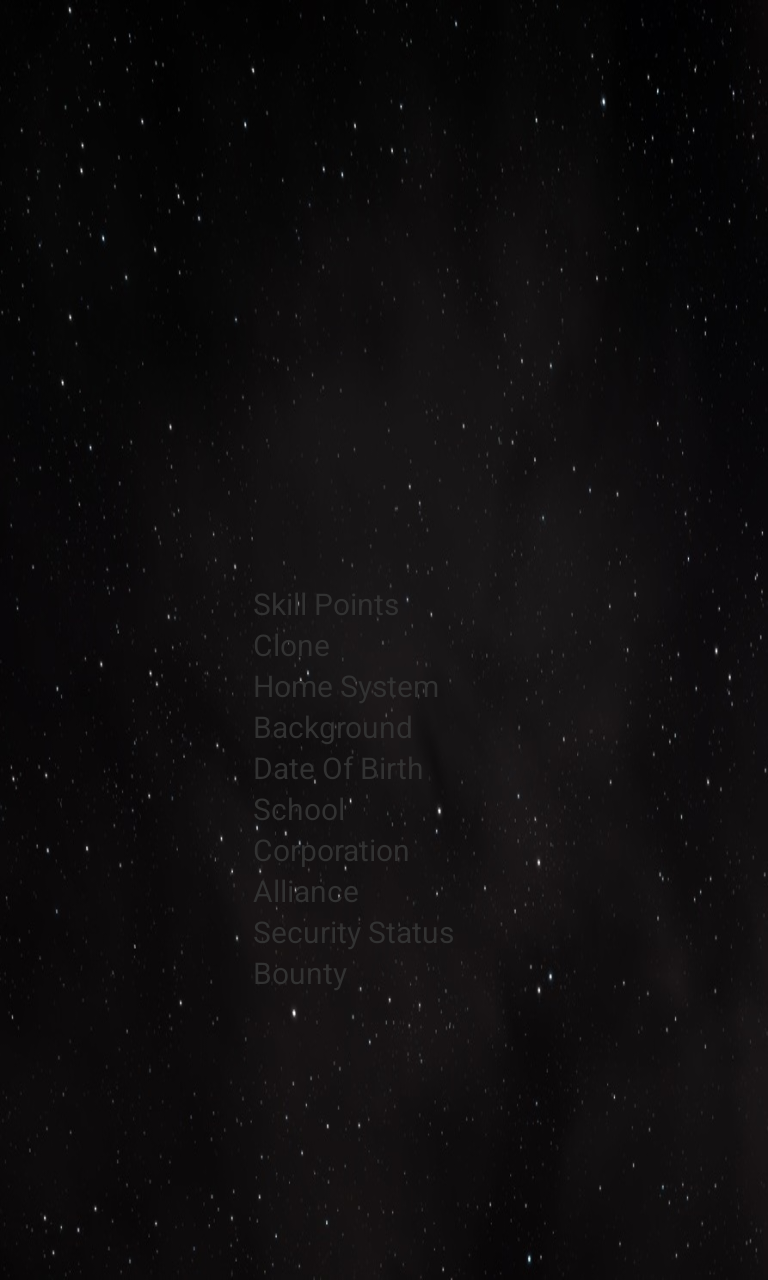
Repository: w9jds/Android-EveProfiler
Layout: EveProfiler/res/layout/fragment_main_dummy.xml
The author's editor kept a copy of each file at every save. The layout is drawn from the files as they stood at one save, then again after the next save.
It is drawn on a 768 x 1280 px phone screen (xhdpi) without system bars, with theme AppTheme; the app's code is not run.

Above is the layout before, as saved 2013-05-13 01:34:30.

### EveProfiler/res/layout/fragment_main_dummy.xml
<RelativeLayout xmlns:android="http://schemas.android.com/apk/res/android"
    xmlns:tools="http://schemas.android.com/tools"
    android:layout_width="match_parent"
    android:layout_height="match_parent"
    android:paddingBottom="@dimen/activity_vertical_margin"
    android:paddingLeft="@dimen/activity_horizontal_margin"
    android:paddingRight="@dimen/activity_horizontal_margin"
    android:paddingTop="@dimen/activity_vertical_margin"
    tools:context=".MainActivity$DummySectionFragment"
    android:background="@drawable/backgroundtoon">

    <GridLayout
        android:id="@+id/MainGrid"
        android:layout_width="fill_parent"
        android:layout_height="fill_parent"
        android:layout_centerVertical="true"
        android:columnCount="2"
        android:rowCount="2"
        tools:targetApi="14"
        android:orientation="vertical">

        <ImageView
            android:id="@+id/CapsuleerPortrait"
            android:layout_width="128dp"
            android:layout_height="128dp"
            android:layout_columnSpan="2"
            android:layout_gravity="center"
            android:layout_marginBottom="10dp"
            android:layout_marginTop="10dp"
            android:layout_row="0" />

		<GridLayout
		    android:id="@+id/StatsGrid"
		    android:layout_row="1"
		    android:layout_columnSpan="2"
		    android:columnCount="2"
		    android:rowCount="12"
		    tools:targetApi="14"
		    android:layout_gravity="center">

			<TextView
	            android:id="@+id/SkillPointsLabel"
	            android:layout_gravity="left"
	            android:layout_row="0"
	            android:layout_column="0"
	            android:textSize="15sp"
	            android:text="@string/SkillPointsString"/>

			<TextView
			    android:id="@+id/CloneLabel"
			    android:layout_gravity="left"
			    android:layout_row="1"
			    android:layout_column="0"
			    android:textSize="15sp"
			    android:text="@string/CloneString"/>

			<TextView
			    android:id="@+id/HomeSystemLabel"
			    android:layout_gravity="left"
			    android:layout_row="2"
			    android:layout_column="0"
			    android:textSize="15sp"
			    android:text="@string/HomeSystemString"/>

			<TextView
			    android:id="@+id/BackgroundLabel"
			    android:layout_gravity="left"
			    android:layout_row="3"
			    android:layout_column="0"
	        	android:textSize="15sp"
	        	android:text="@string/BackgroundString"/>

			<TextView
			    android:id="@+id/DateOBirthLabel"
			    android:layout_gravity="left"
			    android:layout_row="4"
			    android:layout_column="0"
			    android:textSize="15sp"
			    android:text="@string/DateOBirthString"/>

			<TextView
			    android:id="@+id/SchoolLabel"
			    android:layout_gravity="left"
			    android:layout_row="5"
			    android:layout_column="0"
			    android:textSize="15sp"
			    android:text="@string/SchoolString"/>

			<TextView
			    android:id="@+id/CorporationLabel"
	        	android:layout_gravity="left"
	        	android:layout_row="6"
	        	android:layout_column="0"
	        	android:textSize="15sp"
	        	android:text="@string/CorporationString"/>

			<TextView
			    android:id="@+id/AllianceLabel"
			    android:layout_gravity="left"
			    android:layout_row="7"
			    android:layout_column="0"
			    android:textSize="15sp"
			    android:text="@string/AllianceString"/>

			<TextView
			    android:id="@+id/SecurityStatusLabel"
			    android:layout_column="0"
			    android:layout_gravity="left"
			    android:layout_marginRight="15dp"
			    android:layout_row="8"
			    android:text="@string/SecurityStatusString"
			    android:textSize="15sp" />

			<TextView
			    android:id="@+id/BountyLabel"
			    android:layout_gravity="left"
			    android:layout_row="9"
			    android:layout_column="0"
			    android:textSize="15sp"
			    android:text="@string/BountyString"/>

			<TextView
	            android:id="@+id/SkillPoints"
	            android:layout_gravity="left"
	            android:layout_row="0"
	            android:layout_column="1"
	            android:textSize="15sp"/>

			<TextView
			    android:id="@+id/Clone"
			    android:layout_gravity="left"
			    android:layout_row="1"
			    android:layout_column="1"
			    android:textSize="15sp"/>

			<TextView
			    android:id="@+id/HomeSystem"
			    android:layout_gravity="left"
			    android:layout_row="2"
			    android:layout_column="1"
			    android:textSize="15sp"/>

			<TextView
			    android:id="@+id/Background"
			    android:layout_gravity="left"
			    android:layout_row="3"
			    android:layout_column="1"
	        	android:textSize="15sp"/>

			<TextView
			    android:id="@+id/DateOBirth"
			    android:layout_gravity="left"
			    android:layout_row="4"
			    android:layout_column="1"
			    android:textSize="15sp"/>

			<TextView
			    android:id="@+id/School"
			    android:layout_gravity="left"
			    android:layout_row="5"
			    android:layout_column="1"
			    android:textSize="15sp"/>

			<TextView
			    android:id="@+id/Corporation"
	        	android:layout_gravity="left"
	        	android:layout_row="6"
	        	android:layout_column="1"
	        	android:textSize="15sp"/>

			<TextView
			    android:id="@+id/Alliance"
			    android:layout_gravity="left"
			    android:layout_row="7"
			    android:layout_column="1"
			    android:textSize="15sp"/>

			<TextView
			    android:id="@+id/SecurityStatus"
			    android:layout_column="1"
			    android:layout_gravity="left"
			    android:layout_marginRight="15dp"
			    android:layout_row="8"
			    android:textSize="15sp" />

			<TextView
			    android:id="@+id/Bounty"
			    android:layout_gravity="left"
			    android:layout_row="9"
			    android:layout_column="1"
			    android:textSize="15sp"/>



		</GridLayout>
    </GridLayout>
</RelativeLayout>

### EveProfiler/res/values/strings.xml
<?xml version="1.0" encoding="utf-8"?>
<resources>

    <string name="title_activity_settings">Settings</string>
    <string name="pref_header_general">General</string>
    <string name="pref_title_keyid">Key ID</string>
    <string name="pref_keyid">1996957</string>
    <string name="pref_title_vCode">Verification Code</string>
    <string name="pref_vCode">I6YLp1vVB0KYAir2B3Z4mDIPtZrFHlpeysYYSaxGkjV4rO820NpTOBustmNsoEA4</string>
    <string name="pref_title_drawerSize">Use Small Drawer</string>

    <string name="app_name">Top Hat</string>
    <string name="action_settings">Settings</string>

    <string name="Api_Uri">https://api.eveonline.com</string>
    <string name="Account_Status">/account/AccountStatus.xml.aspx</string>
    <string name="API_Key_Info">/account/APIKeyInfo.xml.aspx</string>
    <string name="List_Characters">/account/Characters.xml.aspx</string>
    <string name="Account_Balance">/char/AccountBalance.xml.aspx</string>
    <string name="Asset_List">/char/AssetList.xml.aspx</string>
    <string name="Cal_Event_Attendees">/char/CalendarEventAttendees.xml.aspx</string>
    <string name="Character_Sheet">/char/CharacterSheet.xml.aspx</string>
    <string name="Contact_List">/char/ContactList.xml.aspx</string>
    <string name="Contact_Notif">/char/ContactNotifications.xml.aspx</string>
    <string name="Contacts">/char/Contracts.xml.aspx</string>
    <string name="ContractItems">/char/ContractItems.xml.aspx</string>
    <string name="ContractBids">/char/ContractBids.xml.aspx</string>
    <string name="Factional_Warfare_Stats">/char/FacWarStats.xml.aspx</string>
    <string name="Industry_Jobs">/char/IndustryJobs.xml.aspx</string>
    <string name="KillMails">/char/Killlog.xml.aspx</string>
    <string name="Locations">/char/Locations.xml.aspx</string>
    <string name="Mail_Bodies">/char/MailBodies.xml.aspx</string>
    <string name="Mailing_Lists">/char/MailingLists.xml.aspx</string>
    <string name="MailMessHeaders">/char/MailMessages.xml.aspx</string>
    <string name="Market_Orders">/char/MarketOrders.xml.aspx</string>
    <string name="Medals">/char/Medals.xml.aspx</string>
    <string name="Notifications">/char/Notifications.xml.aspx</string>
    <string name="Notification_Text">/char/NotificationTexts.xml.aspx</string>
    <string name="Research">/char/Research.xml.aspx</string>
    <string name="Skill_in_Training">/char/SkillInTraining.xml.aspx</string>
    <string name="Skill_Queue">/char/SkillQueue.xml.aspx</string>
    <string name="NPC_Standings">/char/Standings.xml.aspx</string>
    <string name="Upcoming_Cal_Events">/char/UpcomingCalendarEvents.xml.aspx</string>
    <string name="Wallet_Journal">/char/WalletJournal.xml.aspx</string>
    <string name="Wallet_Transactions">/char/WalletTransactions.xml.aspx</string>

    <string name="Character_Portrait">http://image.eveonline.com/Character/</string>
    <string name="Corp_Logo">http://image.eveonline.com/Corporation/</string>
    <string name="Alliance_Logo">http://image.eveonline.com/Alliance/</string>
    <string name="Type_Icon">http://image.eveonline.com/InventoryType/</string>
    <string name="Render">http://image.eveonline.com/Render/</string>

    <string name="SkillPointsString">Skill Points</string>
    <string name="CloneString">Clone</string>
	<string name="HomeSystemString">Home System</string>
    <string name="BackgroundString">Background</string>
    <string name="DateOBirthString">Date Of Birth</string>
    <string name="SchoolString">School</string>
    <string name="CorporationString">Corporation</string>
    <string name="AllianceString">Alliance</string>
    <string name="SecurityStatusString">Security Status</string>
    <string name="BountyString">Bounty</string>

    <color name="white">#FFFFFF</color>
    <color name="grey">#333333</color>
    <color name="lightgrey">#424243</color>



</resources>

Loaded but not shown: EveProfiler/res/values/styles.xml (common file); EveProfiler/res/values-v11/styles.xml (common file); EveProfiler/res/values-v14/styles.xml (common file); EveProfiler/res/values/dimens.xml (common file)

After the next save:
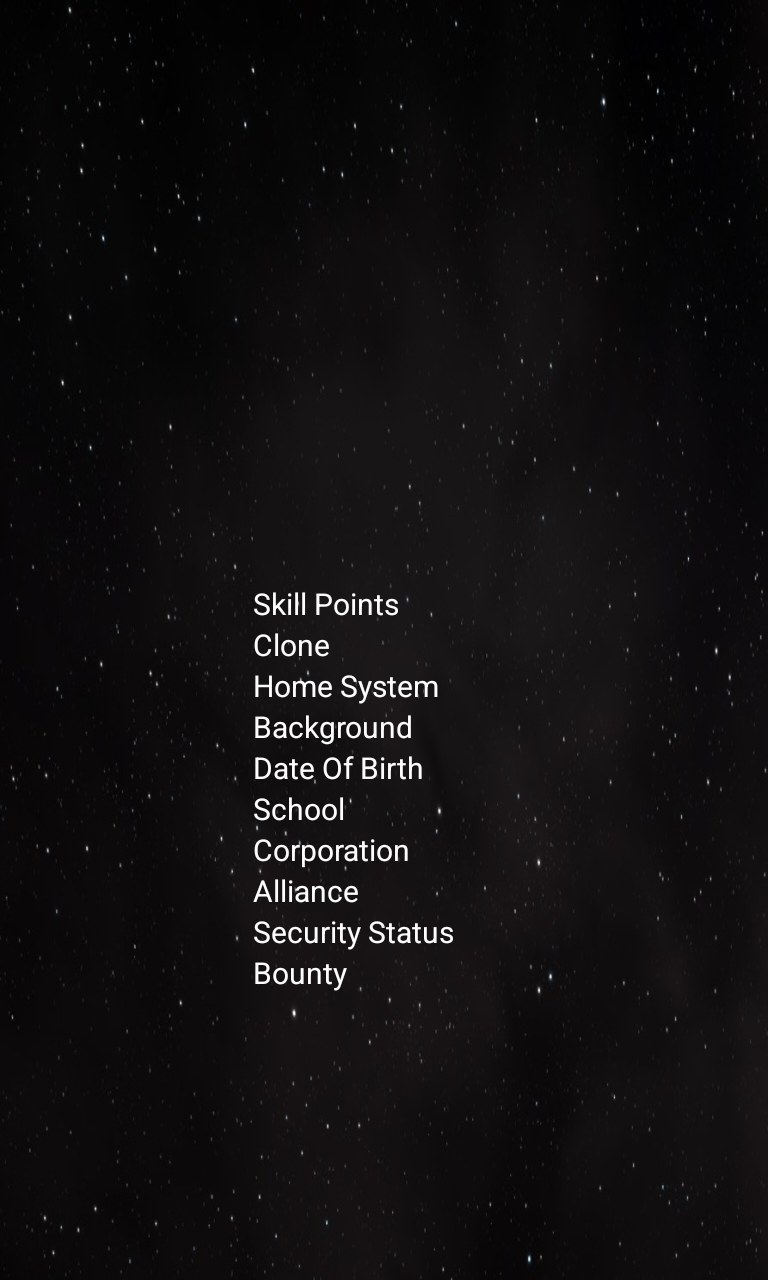
Saved 3 min 45 s later.
--- a/EveProfiler/res/layout/fragment_main_dummy.xml
+++ b/EveProfiler/res/layout/fragment_main_dummy.xml
@@ -39,68 +39,76 @@
 		    android:layout_gravity="center">
 
 			<TextView
-	            android:id="@+id/SkillPointsLabel"
-	            android:layout_gravity="left"
-	            android:layout_row="0"
-	            android:layout_column="0"
-	            android:textSize="15sp"
-	            android:text="@string/SkillPointsString"/>
+			    android:id="@+id/SkillPointsLabel"
+			    android:layout_column="0"
+			    android:layout_gravity="left"
+			    android:layout_row="0"
+			    android:text="@string/SkillPointsString"
+			    android:textColor="@color/white"
+			    android:textSize="15sp" />
 
 			<TextView
 			    android:id="@+id/CloneLabel"
+			    android:layout_column="0"
 			    android:layout_gravity="left"
 			    android:layout_row="1"
-			    android:layout_column="0"
-			    android:textSize="15sp"
-			    android:text="@string/CloneString"/>
+			    android:text="@string/CloneString"
+			    android:textColor="@color/white"
+			    android:textSize="15sp" />
 
 			<TextView
 			    android:id="@+id/HomeSystemLabel"
+			    android:layout_column="0"
 			    android:layout_gravity="left"
 			    android:layout_row="2"
-			    android:layout_column="0"
-			    android:textSize="15sp"
-			    android:text="@string/HomeSystemString"/>
+			    android:text="@string/HomeSystemString"
+			    android:textColor="@color/white"
+			    android:textSize="15sp" />
 
 			<TextView
 			    android:id="@+id/BackgroundLabel"
+			    android:layout_column="0"
 			    android:layout_gravity="left"
 			    android:layout_row="3"
-			    android:layout_column="0"
-	        	android:textSize="15sp"
-	        	android:text="@string/BackgroundString"/>
+			    android:text="@string/BackgroundString"
+			    android:textColor="@color/white"
+			    android:textSize="15sp" />
 
 			<TextView
 			    android:id="@+id/DateOBirthLabel"
+			    android:layout_column="0"
 			    android:layout_gravity="left"
 			    android:layout_row="4"
-			    android:layout_column="0"
-			    android:textSize="15sp"
-			    android:text="@string/DateOBirthString"/>
+			    android:text="@string/DateOBirthString"
+			    android:textColor="@color/white"
+			    android:textSize="15sp" />
 
 			<TextView
 			    android:id="@+id/SchoolLabel"
+			    android:layout_column="0"
 			    android:layout_gravity="left"
 			    android:layout_row="5"
-			    android:layout_column="0"
-			    android:textSize="15sp"
-			    android:text="@string/SchoolString"/>
+			    android:text="@string/SchoolString"
+			    android:textColor="@color/white"
+			    android:textSize="15sp" />
 
 			<TextView
 			    android:id="@+id/CorporationLabel"
-	        	android:layout_gravity="left"
-	        	android:layout_row="6"
-	        	android:layout_column="0"
-	        	android:textSize="15sp"
-	        	android:text="@string/CorporationString"/>
+			    android:layout_column="0"
+			    android:layout_gravity="left"
+			    android:layout_row="6"
+			    android:text="@string/CorporationString"
+			    android:textColor="@color/white"
+			    android:textSize="15sp" />
 
 			<TextView
 			    android:id="@+id/AllianceLabel"
+			    android:layout_column="0"
 			    android:layout_gravity="left"
 			    android:layout_row="7"
-			    android:layout_column="0"
-			    android:textSize="15sp"
-			    android:text="@string/AllianceString"/>
+			    android:text="@string/AllianceString"
+			    android:textColor="@color/white"
+			    android:textSize="15sp" />
 
 			<TextView
 			    android:id="@+id/SecurityStatusLabel"
@@ -109,15 +117,17 @@
 			    android:layout_marginRight="15dp"
 			    android:layout_row="8"
 			    android:text="@string/SecurityStatusString"
+			    android:textColor="@color/white"
 			    android:textSize="15sp" />
 
 			<TextView
 			    android:id="@+id/BountyLabel"
+			    android:layout_column="0"
 			    android:layout_gravity="left"
 			    android:layout_row="9"
-			    android:layout_column="0"
-			    android:textSize="15sp"
-			    android:text="@string/BountyString"/>
+			    android:text="@string/BountyString"
+			    android:textColor="@color/white"
+			    android:textSize="15sp" />
 
 			<TextView
 	            android:id="@+id/SkillPoints"
